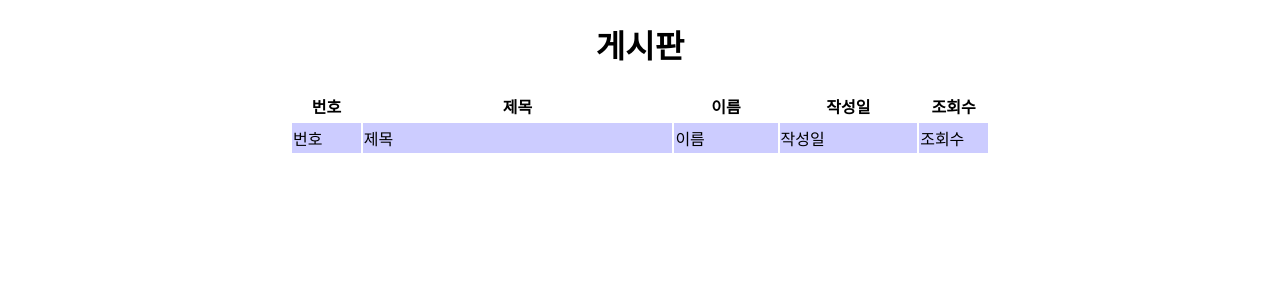
Repository: Rummikub/DBStudy
Page: HTML Project3/WebContent/html/list.html
An editor plug-in stored every save of this project. The page is shown before and after the next save, followed by the edit.
The browser window is 1280 px wide. The pictures show the whole page.

Above is the page before, as saved 2020-02-05 06:36:26.

After the next save:
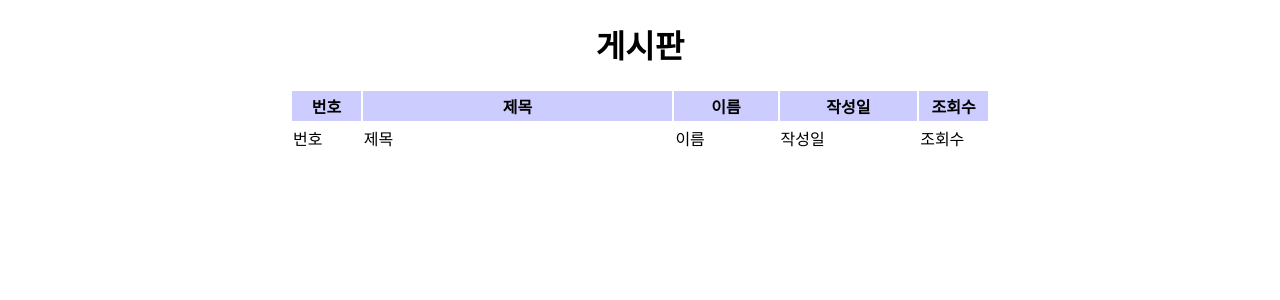
Saved 23 s later.
--- a/HTML Project3/WebContent/html/list.html
+++ b/HTML Project3/WebContent/html/list.html
@@ -8,14 +8,14 @@
 	<center>
 	 <h1>게시판</h1>
 	 <table border=0 width=700>
-	  <tr  height="30">
+	  <tr bgcolor="#ccccff" height="30">
 	   <th width=10%>번호</th>
 	   <th width=45%>제목</th>
 	   <th width=15%>이름</th>
 	   <th width=20%>작성일</th>
 	   <th width=10%>조회수</th>
 	  </tr>
-	  <tr bgcolor="#ccccff" height="30">
+	  <tr height="30">
 	   <td width=10%>번호</td>
 	   <td width=45%>제목</td>
 	   <td width=15%>이름</td>
